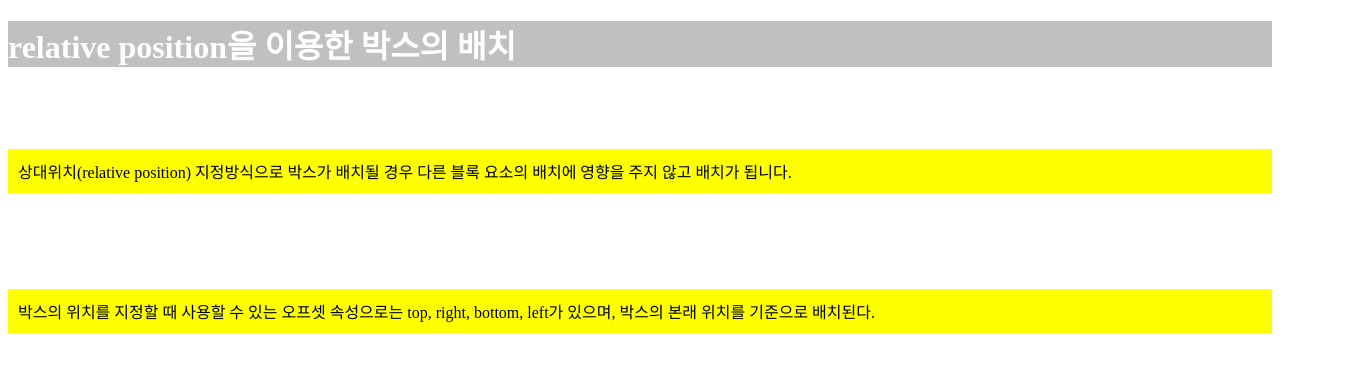
Repository: cussip/SuperHands
Page: WebExam/src/main/webapp/css/box_model/position_relative.html
The author's editor kept a copy of each file at every save. The page is drawn from the files as they stood at one save, then again after the next save.
The browser window is 1280 px wide. The page is 1280 px wide, then 1372 px, so the pictures cover 1372 px, including what lies to the right of the window. The pictures show the whole page.

Above is the page before, as saved 2022-01-31 05:57:34.

### WebExam/src/main/webapp/css/box_model/position_relative.html
<!DOCTYPE html>
<html>
<head>
	<meta charset="UTF-8">
	<title>position_relative.html</title>
	<style>
		h1 {
			background: silver;
			color: white;
		}
		p {
			background: yellow;
			padding: 10px;
		}
		.rel {
			position: relative;
			top: 200px;
		}
	</style>
</head>
<body>
	<h1>relative position을 이용한 박스의 배치</h1>
	<p class="rel">
		박스의 위치를 지정할 때 사용할 수 있는 오프셋 속성으로는
		top, right, bottom, left가 있으며, 박스의 본래 위치를 기준으로 배치된다.
	</p>
	<p>
		상대위치(relative position) 지정방식으로 박스가 배치될 경우 다른 블록 요소의 배치에
		영향을 주지 않고 배치가 됩니다.
	</p>
</body>
</html>

After the next save:
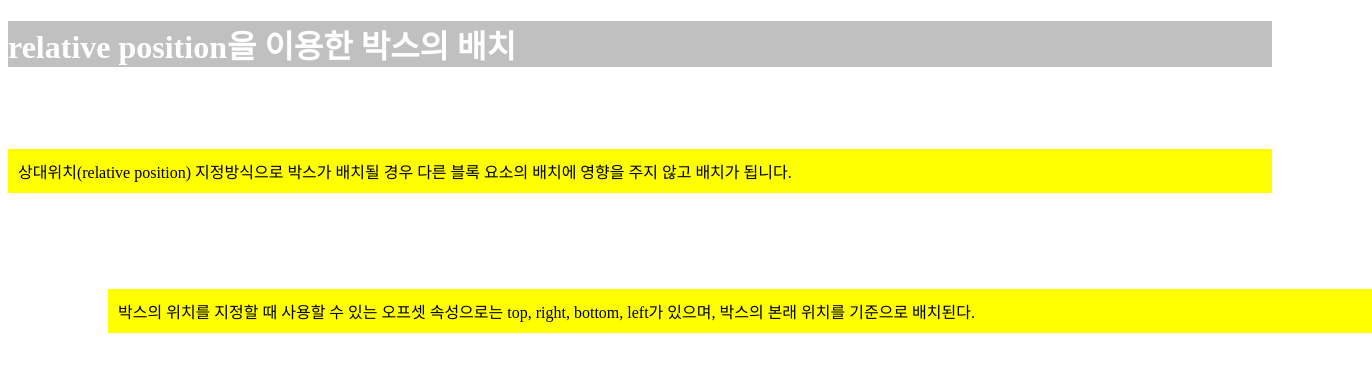
Saved 28 s later.
--- a/WebExam/src/main/webapp/css/box_model/position_relative.html
+++ b/WebExam/src/main/webapp/css/box_model/position_relative.html
@@ -15,6 +15,7 @@
 		.rel {
 			position: relative;
 			top: 200px;
+			left: 100px;
 		}
 	</style>
 </head>
